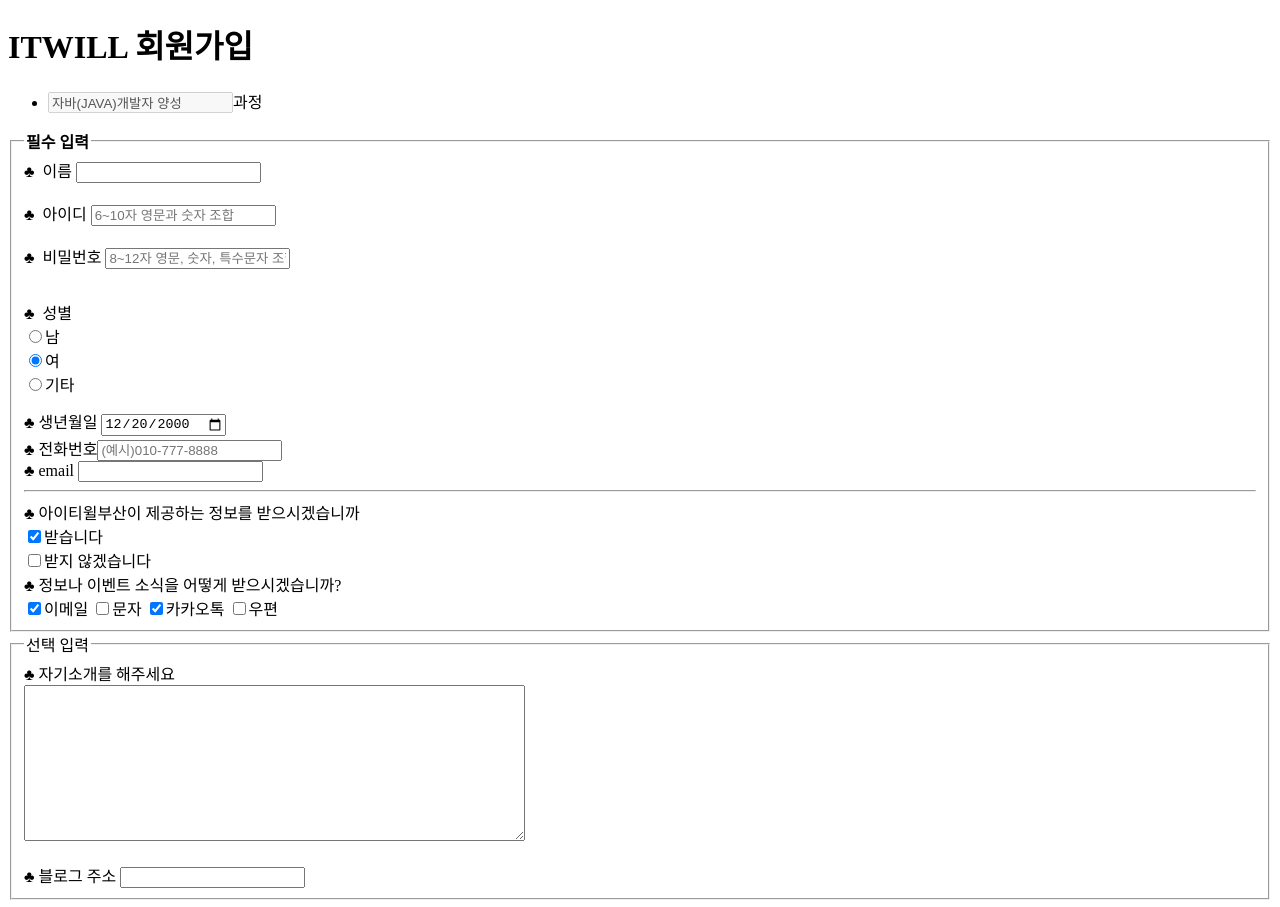
Repository: ReadStar/Web
Page: Html/html5/WebContent/form-test.html
The author's editor kept a copy of each file at every save. The page is drawn from the files as they stood at one save, then again after the next save.
The browser window is 1280 px wide. The pictures show the whole page.

Above is the page before, as saved 2020-08-13 11:53:25.

### Html/html5/WebContent/form-test.html
<!DOCTYPE html>
<html>
<head>
<meta charset="UTF-8">
<title>Insert title here</title>
</head>
<body>
<h1>ITWILL 회원가입</h1>
<ul>
<li><input type ="text" disabled="disabled" value = "자바(JAVA)개발자 양성">과정</li></ul>
<fieldset>
<legend><b>필수 입력</b></legend>
<b>♣</b> &nbsp;이름 <input type="text"><br><br>
<b>♣</b> &nbsp;아이디 <input type="text" placeholder="6~10자 영문과 숫자 조합"><br><br>
<b>♣</b> &nbsp;비밀번호 <input type="text" placeholder="8~12자 영문, 숫자, 특수문자 조합"><br><br>
<pre></pre>
<b>♣</b>&nbsp; 성별<br>
<input type="radio" name = "gender">남<br>
<input type="radio" name = "gender" checked="checked">여<br>
<input type="radio" name = "gender">기타<br>
<pre></pre>
<b>♣</b>&nbsp;생년월일&nbsp;<input type="date" value="2000-12-20" ><br>
<b>♣</b>&nbsp;전화번호<input type="tel" placeholder="(예시)010-777-8888"><br>
<b>♣</b>&nbsp;email&nbsp;<input type="email"><br>
<hr></hr>
<b>♣</b>&nbsp;아이티윌부산이 제공하는 정보를 받으시겠습니까<br>
<input type="checkbox" name="box" checked="checked">받습니다<br>
<input type="checkbox" name="box">받지 않겠습니다<br>
<b>♣</b>&nbsp;정보나 이벤트 소식을 어떻게 받으시겠습니까?<br>
<input type="checkbox" name="box2" checked="checked">이메일
<input type="checkbox" name="box2">문자
<input type="checkbox" name="box2" checked="checked">카카오톡
<input type="checkbox" name="box2">우편
</fieldset>

<fieldset>
<legend>선택 입력</legend>
<b>♣</b>&nbsp;자기소개를 해주세요<br>
<textarea cols="60" rows="10"></textarea><br><br>
<b>♣</b>&nbsp;블로그 주소 <input type="url">

</fieldset>
</body>
</html>

After the next save:
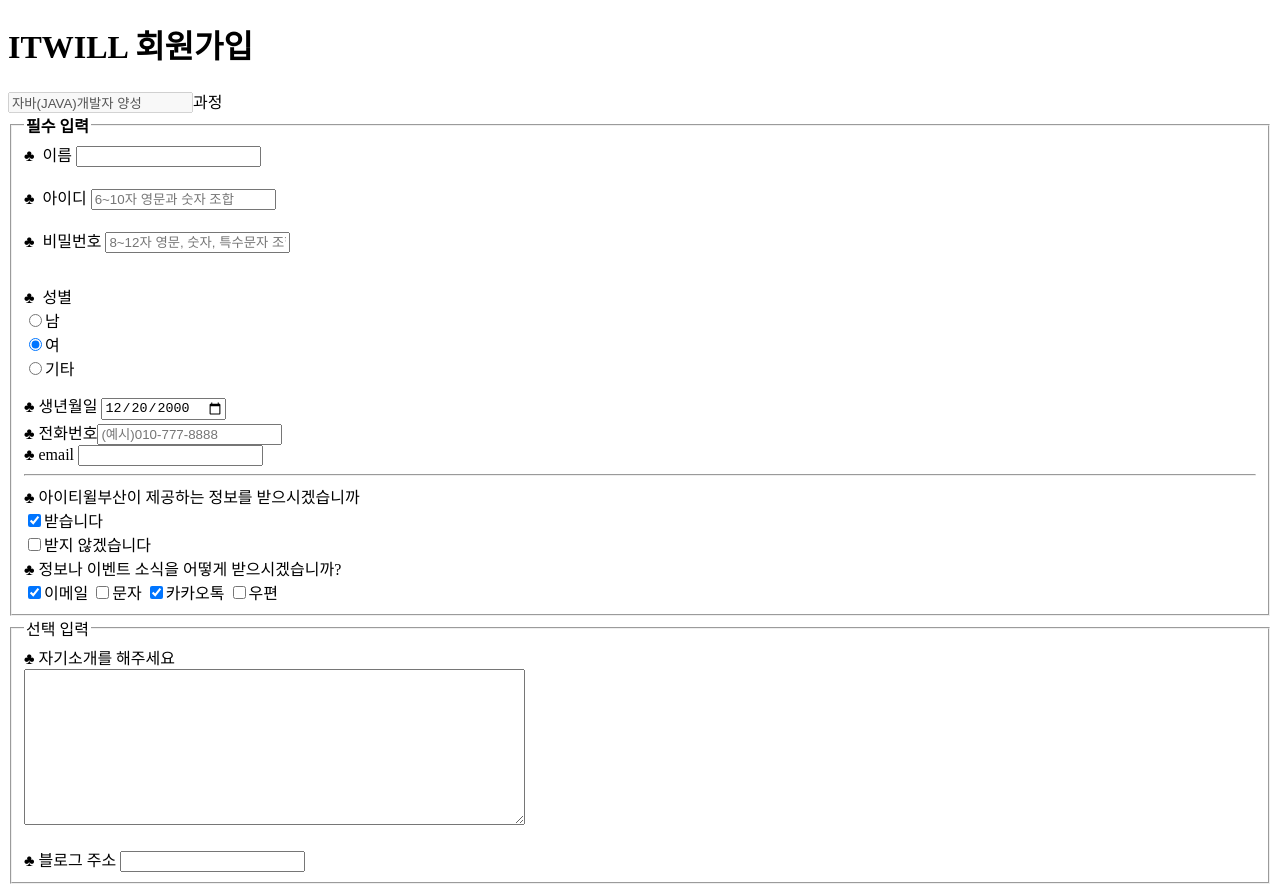
Saved 25 s later.
--- a/Html/html5/WebContent/form-test.html
+++ b/Html/html5/WebContent/form-test.html
@@ -6,8 +6,7 @@
 </head>
 <body>
 <h1>ITWILL 회원가입</h1>
-<ul>
-<li><input type ="text" disabled="disabled" value = "자바(JAVA)개발자 양성">과정</li></ul>
+<input type ="text" disabled="disabled" value = "자바(JAVA)개발자 양성">과정
 <fieldset>
 <legend><b>필수 입력</b></legend>
 <b>♣</b> &nbsp;이름 <input type="text"><br><br>
